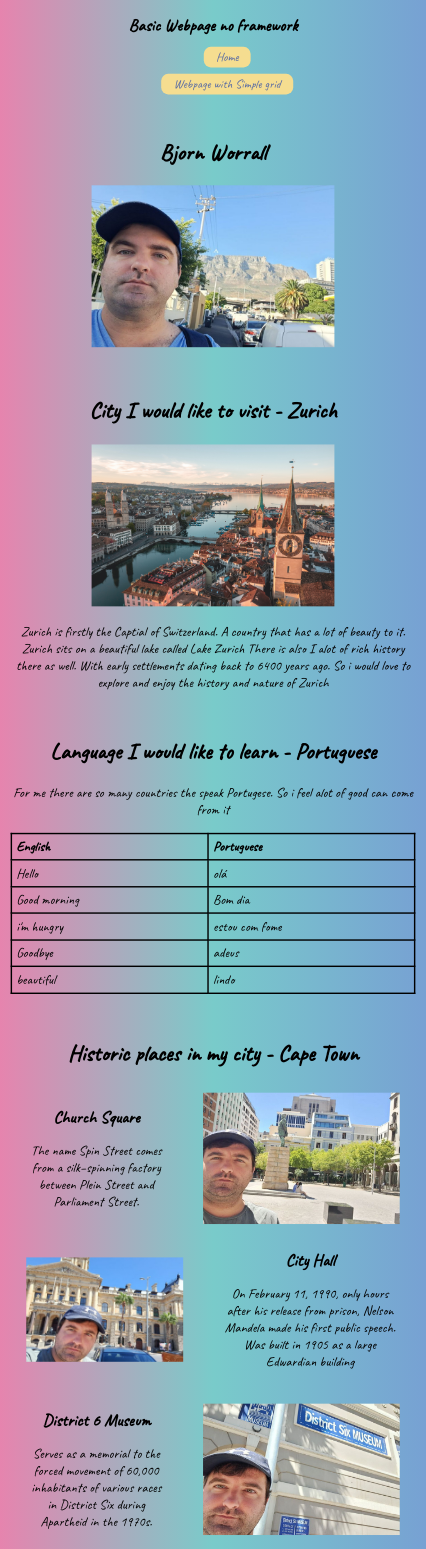
Repository: lasity34/basic-webpage
Page: my - webpage.html
These files come from the project's save history. The page is drawn as it stood at one moment and after the next save; the edit follows.
The browser window is 600 px wide. The pictures show the whole page, at 71% of full size.

Above is the page before, as saved 2023-03-08 13:01:38.

After the next save:
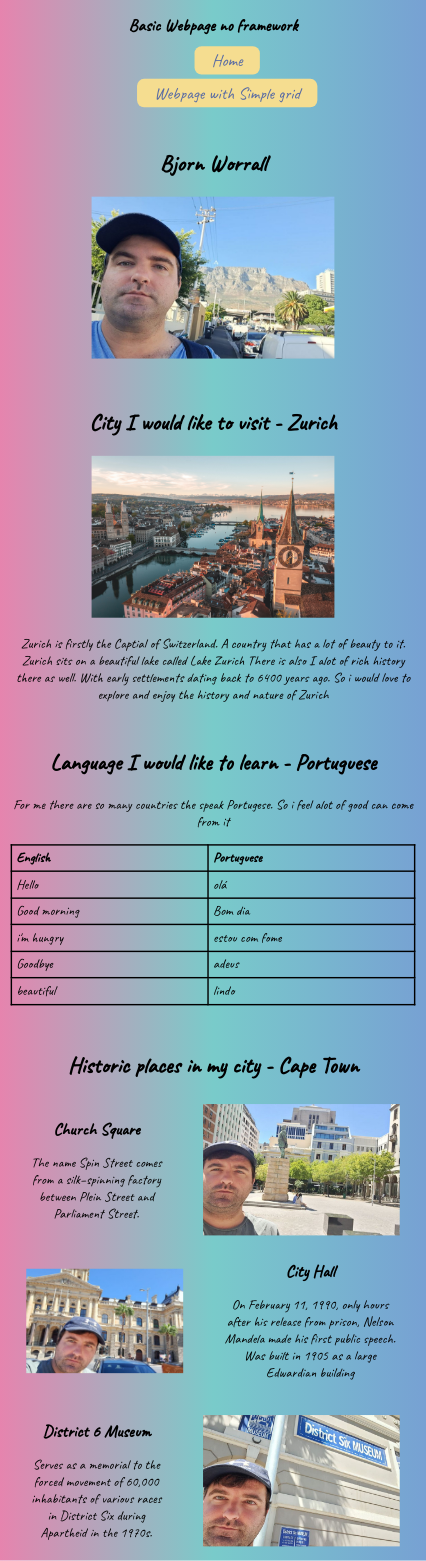
Saved 15 s later.
--- a/styles.css
+++ b/styles.css
@@ -168,7 +168,7 @@ th {
   }
 
   #nav_profile a {
-    font-size: 1.1rem;
+    font-size: 1.5rem;
   }
 
   #nav_profile h4 {
